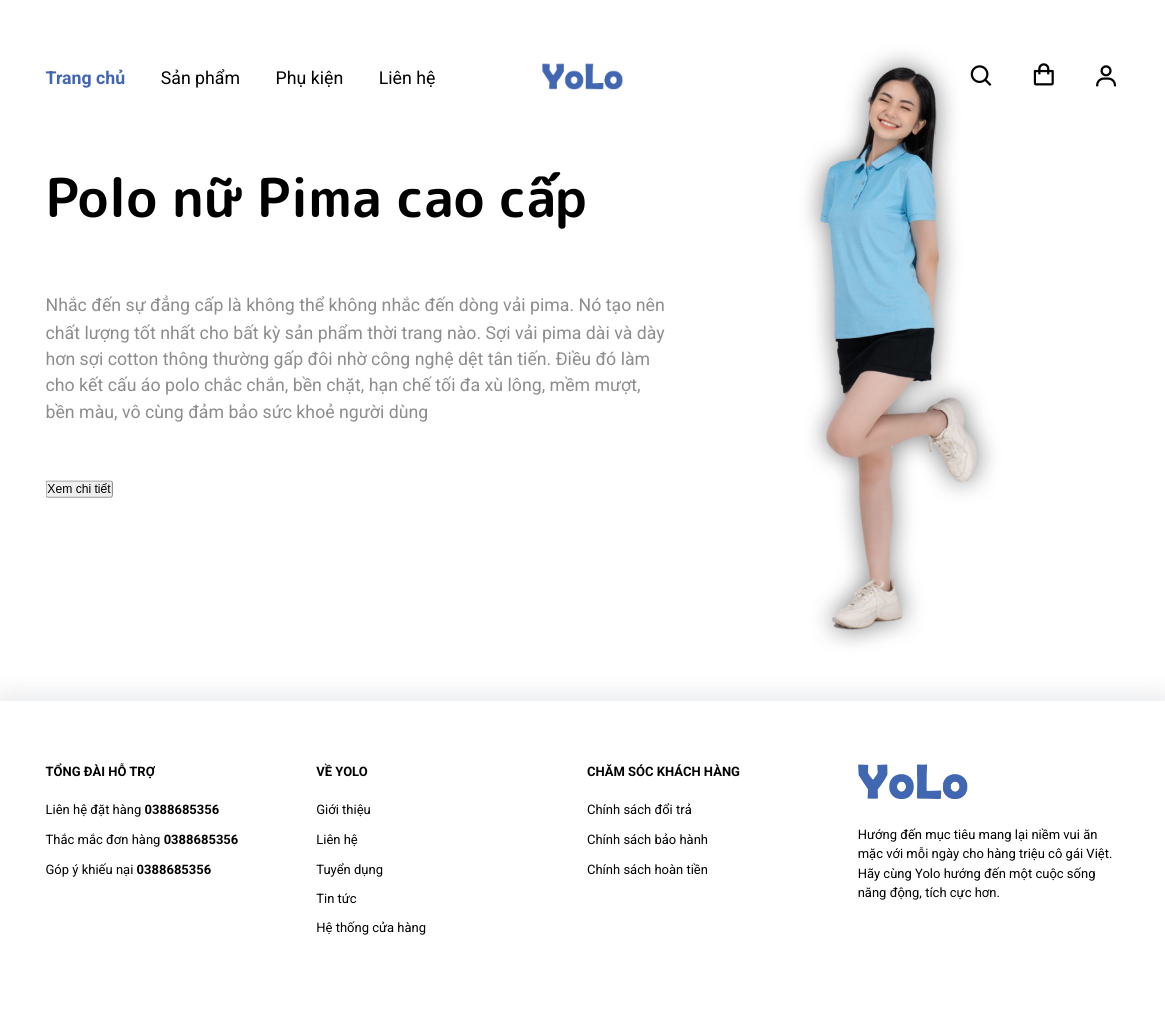
Repository: NguyenThanhBinh1210/Binh-React
Page: / (app in yoloshop/)
The author's editor kept a copy of each file at every save. The page is drawn from the files as they stood at one save, then again after the next save.
The browser window is 1280 px wide. The pictures show the whole page, at 91% of full size.
The project was rebuilt for these pictures with package versions that can differ from the ones it lists, and the page was loaded fresh each time. A package was used in the major version that the imports need, not the one package.json lists. Also part of the build but not shown: yoloshop/src/pages/Product.jsx, yoloshop/src/pages/Catalog.jsx, yoloshop/src/pages/Cart.jsx, yoloshop/src/pages/Accessory.jsx, yoloshop/src/pages/Contact.jsx.

Above is the page before, as saved 2021-11-25 12:21:11.

### yoloshop/src/index.js
import React from 'react'
import ReactDOM from 'react-dom'
import Layout from './components/Layout'
import reportWebVitals from './reportWebVitals'
import './assets/boxicons-2.0.7/css/boxicons.min.css'
import './sass/index.scss'

ReactDOM.render(
	<React.StrictMode>
		<Layout />
	</React.StrictMode>,
	document.getElementById('root')
)

// If you want to start measuring performance in your app, pass a function
// to log results (for example: reportWebVitals(console.log))
// or send to an analytics endpoint. Learn more: https://bit.ly/CRA-vitals
reportWebVitals()

### yoloshop/src/components/Layout.jsx
import React from 'react'
import { BrowserRouter, Route } from 'react-router-dom'
import Header from './Header'
import Footer from './Footer'
import Routess from '../routes/Routess'

export default function Layout() {
	return (
		<BrowserRouter>
			<Route
				render={props => (
					<div>
						<Header {...props} />
						<div className="container">
							<div className="main">
								<Routess />
							</div>
						</div>
						<Footer />
					</div>
				)}
			/>
		</BrowserRouter>
	)
}

### yoloshop/src/sass/index.scss
@import './variables';
@import './mixins';
@import './base.scss';

@import './components/header';
@import './components/footer';
@import './components/hero-slider';

### yoloshop/src/components/Header.jsx
import React, { useEffect, useRef } from 'react'
import logo from '../assets/images/Logo-2.png'
import { Link, useLocation } from 'react-router-dom'

const mainNav = [
	{
		display: 'Trang chủ',
		path: '/'
	},
	{
		display: 'Sản phẩm',
		path: '/catalog'
	},
	{
		display: 'Phụ kiện',
		path: '/accessories'
	},
	{
		display: 'Liên hệ',
		path: '/contact'
	}
]
export default function Header() {
	const { pathname } = useLocation()
	const activeNav = mainNav.findIndex(e => e.path === pathname)
	const headerRef = React.useRef(null)

	useEffect(() => {
		window.addEventListener('scroll', () => {
			if (
				document.body.scrollTop > 80 ||
				document.documentElement.scrollTop > 80
			) {
				headerRef.current.classList.add('shrink')
			} else {
				headerRef.current.classList.remove('shrink')
			}
		})
		return () => {
			window.removeEventListener('scroll')
		}
	}, [])

	const menuLeft = useRef(null)

	const menuToggle = () => menuLeft.current.classList.toggle('active')

	return (
		<div className="header" ref={headerRef}>
			<div className="container">
				<div className="header__logo">
					<Link to="/">
						<img src={logo} alt="logo" />
					</Link>
				</div>
				<div className="header__menu">
					<div className="header__menu__mobile-toggle" onClick={menuToggle}>
						<i class="bx bx-menu-alt-left"></i>
					</div>
					<div className="header__menu__left" ref={menuLeft}>
						<div className="header__menu__left__close" onClick={menuToggle}>
							<i class="bx bx-chevron-left"></i>
						</div>
						{mainNav.map((item, index) => (
							<div
								key={index}
								className={`header__menu__item  header__menu__left__item ${
									index === activeNav ? 'active' : ''
								}`}
								onClick={menuToggle}
							>
								<Link to={item.path}>
									<span>{item.display}</span>
								</Link>
							</div>
						))}
					</div>
					<div className="header__menu__right">
						<div className="header__menu__item header__menu__right__item">
							<i class="bx bx-search"></i>
						</div>
						<div className="header__menu__item header__menu__right__item">
							<Link to="/cart">
								<i class="bx bx-shopping-bag"></i>
							</Link>
						</div>
						<div className="header__menu__item header__menu__right__item">
							<i class="bx bx-user"></i>
						</div>
					</div>
				</div>
			</div>
		</div>
	)
}

### yoloshop/src/components/Footer.jsx
import React from 'react'
import { Link } from 'react-router-dom'
import Grid from './Grid'
import logo from '../assets/images/Logo-2.png'

const footerAboutLinks = [
	{
		display: 'Giới thiệu',
		path: '/about'
	},
	{
		display: 'Liên hệ',
		path: '/contact'
	},
	{
		display: 'Tuyển dụng',
		path: '/about'
	},
	{
		display: 'Tin tức',
		path: '/about'
	},
	{
		display: 'Hệ thống cửa hàng',
		path: '/about'
	}
]

const footerCustomLinks = [
	{
		display: 'Chính sách đổi trả',
		path: '/about'
	},

	{
		display: 'Chính sách bảo hành',
		path: '/about'
	},

	{
		display: 'Chính sách hoàn tiền',
		path: '/about'
	}
]

export default function Footer() {
	return (
		<footer className="footer">
			<div className="container">
				<Grid col={4} mdCol={2} smCol={1} gap={10}>
					<div>
						<div className="footer__title">Tổng đài hỗ trợ</div>
						<div className="footer__content">
							<p>
								Liên hệ đặt hàng <strong> 0388685356</strong>
							</p>
							<p>
								Thắc mắc đơn hàng <strong> 0388685356</strong>
							</p>
							<p>
								Góp ý khiếu nại <strong> 0388685356</strong>
							</p>
						</div>
					</div>
					<div>
						<div className="footer__title">Về Yolo</div>
						<div className="footer__content">
							{footerAboutLinks.map((item, i) => (
								<p key={i} className="">
									<Link to={item.path}>{item.display}</Link>
								</p>
							))}
						</div>
					</div>
					<div>
						<div className="footer__title">Chăm sóc khách hàng</div>
						<div className="footer__content">
							{footerCustomLinks.map((item, i) => (
								<p key={i} className="">
									<Link to={item.path}>{item.display}</Link>
								</p>
							))}
						</div>
					</div>
					<div className="footer__about">
						<p>
							<Link to="/">
								<img src={logo} className="footer__logo" alt="logo" />
							</Link>
						</p>
						<p>
							Hướng đến mục tiêu mang lại niềm vui ăn mặc với mỗi ngày cho hàng
							triệu cô gái Việt. Hãy cùng Yolo hướng đến một cuộc sống năng
							động, tích cực hơn.
						</p>
					</div>
				</Grid>
			</div>
		</footer>
	)
}

### yoloshop/src/routes/Routess.jsx
import React from 'react'
import { Switch, Route } from 'react-router-dom'
import Home from '../pages/Home'
import Product from '../pages/Product'
import Catalog from '../pages/Catalog'
import Cart from '../pages/Cart'
import Accessory from '../pages/Accessory'
import Contact from '../pages/Contact'

const Routess = () => {
	return (
		<Switch>
			<Route path="/" exact component={Home}></Route>
			<Route path="/catalog/:slug" component={Product}></Route>
			<Route path="/catalog" component={Catalog}></Route>
			<Route path="/cart" component={Cart}></Route>
			<Route path="/accessories" component={Accessory}></Route>
			<Route path="/contact" component={Contact}></Route>
		</Switch>
	)
}

export default Routess

### yoloshop/src/sass/_variables.scss
$main-bg: #fff;
$main-color: #4267b2;

$txt-main-color: #000000;
$txt-second-color: #8d8d8d;
$txt-white: #fff;

$btn-main-bg: $main-color;
$btn-main-color: #fff;

$header-height: 170px;
$header-tablet-height: 70px;
$header-mobile-height: 40px;
$header-shrink-height: 70px;

$box-shadow: rgba(149, 157, 165, 0.2) 0px 0px 24px 8px;

$colors: (
	'blue': #4267b2,
	'orange': #fbb96b,
	'pink': #fe7e73,
	'white': #fff,
	'black': #000,
	'main': $main-color
);

$mobile-width: 600px;
$tablet-width: 1024px;

$numbers: (0, 1, 2, 3, 4, 5, 6, 7, 8);

### yoloshop/src/sass/_mixins.scss
@mixin flex($align-item, $justify-content) {
	display: flex;
	align-items: $align-item;
	justify-content: $justify-content;
}

@mixin mobile {
	@media only screen and (max-width: $mobile-width) {
		@content;
	}
}
@mixin tablet {
	@media only screen and (max-width: $tablet-width) {
		@content;
	}
}

### yoloshop/src/sass/_base.scss
@import url('https://fonts.googleapis.com/css2?family=Roboto:ital,wght@0,100;0,300;0,400;0,500;0,700;0,900;1,100;1,300;1,400;1,500;1,700;1,900&display=swap');

@import url('https://fonts.googleapis.com/css2?family=M+PLUS+Rounded+1c:wght@100;300;400;500;700;800;900&display=swap');

* {
	padding: 0;
	margin: 0;
	box-sizing: border-box;
	-webkit-tap-highlight-color: transparent;
	user-select: none;
}

html {
	font-size: 13px;
}

body {
	font-family: 'Roboto', sans-serif;
}

ul {
	list-style-type: none;
}

a {
	text-decoration: none;
	color: unset;
}

@each $color, $val in $colors {
	.color-#{$color} {
		color: $val;
	}

	.bg-#{$color} {
		background-color: $val;
	}
}

@each $val in $numbers {
	.grid-col-#{$val} {
		grid-template-columns: repeat($val, 1fr);
	}
}

@each $val in $numbers {
	.grid-col-md-#{$val} {
		@include tablet {
			grid-template-columns: repeat($val, 1fr);
		}
	}
}

@each $val in $numbers {
	.grid-col-sm-#{$val} {
		@include mobile {
			grid-template-columns: repeat($val, 1fr);
		}
	}
}

.container {
	width: 100%;
	max-width: 1620px;
	padding: 0 50px;
	margin: auto;

	@include tablet {
		padding: 0 20px;
	}

	@include mobile {
		padding: 0 10px;
	}
}

.main {
	margin-top: $header-height;
	margin-bottom: 2rem;
	min-height: 100vh;

	@include tablet {
		margin-top: calc(#{$header-tablet-height} + 20px);
	}
	@include mobile {
		margin-top: calc(#{$header-mobile-height} + 10px);
	}
}

.grid {
	display: grid;
}

### yoloshop/src/sass/components/_header.scss
.header {
	background-color: $main-bg;
	position: fixed;
	top: 0;
	left: 0;
	width: 100%;
	z-index: 99;
	height: $header-height;
	transition: height 0.3s ease;

	@include tablet {
		height: $header-tablet-height;
		box-shadow: $box-shadow;
	}
	@include mobile {
		height: $header-mobile-height;
	}

	.container {
		height: 100%;
	}

	&.shrink {
		height: $header-shrink-height;
		box-shadow: $box-shadow;
		z-index: 10001;
	}

	&__logo {
		@include flex(center, center);
		position: absolute;
		inset: 0;
		pointer-events: none;

		img {
			height: 28px;
		}
	}

	&__menu {
		@include flex(center, space-between);
		height: 100%;
		font-size: 1.5rem;

		&__item ~ &__item {
			margin-left: 39px;
			@include tablet {
				margin-left: 20px;
			}
			@include mobile {
				margin-left: 10px;
			}
		}
		&__item.active {
			font-weight: 600;
			color: $main-color;
		}
		&__item:hover {
			color: $main-color;
		}
		&__left,
		&__right {
			@include flex(center, center);
			height: 100%;
		}

		&__right {
			font-size: 2.25rem;
			&__item {
				@include flex(center, center);
			}
			@include mobile {
				font-size: 1.5rem;
			}
		}

		&__left {
			&__close {
				display: none;
			}

			@include tablet {
				flex-direction: column;
				background-color: $main-bg;
				position: absolute;
				left: 0;
				top: 0;
				width: 100%;
				height: 100vh;
				justify-content: flex-start;
				padding-top: 30px;
				transform: translateX(-100%);
				transition: transform 0.5s ease;

				&.active {
					transform: translateX(0);
				}

				&__item ~ &__item {
					margin-left: unset;
					margin-top: 20px;
				}
				&__close {
					display: block;
					position: absolute;
					left: 20px;
					font-size: 2.5rem;
				}
			}
		}
		&__mobile-toggle {
			display: none;

			@include tablet {
				display: block;
				font-size: 2.5rem;
			}
		}
	}
}

### yoloshop/src/sass/components/_footer.scss
.footer {
	padding: 70px 0;
	box-shadow: $box-shadow;
	font-size: 1.1rem;
	a:hover {
		color: $main-color;
	}
	&__logo {
		height: 38px;
	}
	&__about {
		p {
			margin-bottom: 2rem;
		}
		p:not(:first-child) {
			line-height: 1.5;
		}
	}
	&__title {
		text-transform: uppercase;
		margin-bottom: 2rem;
		font-weight: 600;
	}
	&__content {
		p {
			margin-bottom: 1.25rem;
		}
	}
}

### yoloshop/src/sass/components/_hero-slider.scss
.hero-slider {
	height: 100vh;
	max-height: 1080px;
	overflow: hidden;
	position: relative;
	margin-bottom: 50px;
	margin-top: calc(#{$header-height} * -1);
	@include tablet {
		margin-top: calc(#{$header-tablet-height} * -1);
	}
	@include mobile {
		margin-top: calc(#{$header-mobile-height} * -1);
	}
	&__item {
		@include flex(center, space-between);
		opacity: 0;
		visibility: hidden;
		pointer-events: none;
		position: absolute;
		inset: 0;
		&.active {
			opacity: 1;
			visibility: visible;
			pointer-events: visible;
		}
		&__info {
			width: 58.33%;
			&__title,
			&__description {
				margin-bottom: 60px;

				@include tablet {
					margin-bottom: 15px;
				}
			}
			&__title {
				font-family: 'M Plus Rounded 1c', sans-serif;
				font-weight: 600;
				font-size: 4.5rem;
				line-height: 6.75rem;
				overflow: hidden;
			}
			&__description {
				color: $txt-second-color;
				font-size: 1.5rem;
				line-height: 2.25rem;
				overflow: hidden;
			}
			&__btn {
				overflow: hidden;
			}
		}
		&__image {
			flex-grow: 1;
			position: relative;
			height: 100%;
			z-index: 1000;
			pointer-events: none;
			img {
				height: 100vh;
				position: absolute;
				bottom: 0;
				right: 0;
			}
			.shape {
				$size: 472px;
				height: $size;
				width: $size;
				position: absolute;
				right: 0;
				top: 50%;
				border-radius: 30% 70% 70% 30% / 30% 27% 73% 70%;
				transform: translate(0, -50%);
				transition: border-radius 13s ease;
			}
		}
	}
}

### yoloshop/src/components/Grid.jsx
import React from 'react'
import PropTypes from 'prop-types'

const Grid = props => {
	const style = {
		gap: props.gap ? `${props.gap}px` : '0'
	}
	const col = props.col ? `grid-col-${props.col}` : '0'
	const mdCol = props.mdCol ? `grid-col-${props.mdCol}` : '0'
	const smCol = props.smCol ? `grid-col-${props.smCol}` : '0'
	return (
		<div className={`grid ${col} ${mdCol} ${smCol}`} style={style}>
			{props.children}
		</div>
	)
}

Grid.propTypes = {
	col: PropTypes.number.isRequired,
	mdCol: PropTypes.number,
	smCol: PropTypes.number,
	gap: PropTypes.number
}

export default Grid

### yoloshop/src/pages/Home.jsx
import React from 'react'
import heroSliderData from '../assets/fake-data/hero-slider'
import Helmet from '../components/Helmet'
import HeroSlider from '../components/HeroSlider'

const Home = () => {
	return (
		<Helmet title="Trang chủ">
			{/* Hero slider */}
			<HeroSlider data={heroSliderData} />
		</Helmet>
	)
}

export default Home

### yoloshop/src/assets/fake-data/hero-slider.js
const img1 = require('../images/slider/slide_1.png').default
const img2 = require('../images/slider/slide_2.png').default
const img3 = require('../images/slider/slide_3.png').default

const heroSliderData = [
	{
		title: 'Polo nữ Pima cao cấp',
		description:
			'Nhắc đến sự đẳng cấp là không thể không nhắc đến dòng vải pima. Nó tạo nên chất lượng tốt nhất cho bất kỳ sản phẩm thời trang nào. Sợi vải pima dài và dày hơn sợi cotton thông thường gấp đôi nhờ công nghệ dệt tân tiến. Điều đó làm cho kết cấu áo polo chắc chắn, bền chặt, hạn chế tối đa xù lông, mềm mượt, bền màu, vô cùng đảm bảo sức khoẻ người dùng',
		img: img1,
		color: 'blue',
		path: '/catalog/ao-thun-dinosaur-01'
	},
	{
		title: 'Polo Nữ Dáng Suông Modal',
		description:
			'Polo nữ dáng suông Modal sử dụng công nghệ vải cao cấp thân thiện với môi trường sản xuất độc quyền chống co rút vải, áo polo nữ vải modal là sản phẩm thích hợp cho các bạn có môi trường làm việc năng động như hiện nay',
		img: img2,
		path: '/catalog/ao-thun-dinosaur-02',
		color: 'pink'
	},
	{
		title: 'Polo Nữ Coolmax Lacoste',
		description:
			'Mẫu áo polo nữ được làm bằng chất liệu coolmax đem lại cảm giác mát lạnh khi mặc. Thiết kế mẫu áo polo coolmax này có kiểu dáng cực kỳ thoải mái. Tạo sự gọn gàng hứa hẹn sẽ là mẫu áo polo vô cùng hot trong thời điểm sắp tới',
		img: img3,
		path: '/catalog/ao-thun-dinosaur-03',
		color: 'orange'
	}
]

export default heroSliderData

### yoloshop/src/components/Helmet.jsx
import React from 'react'
import PropTypes from 'prop-types'

const Helmet = props => {
	document.title = 'Yolo - ' + props.title

	return <div>{props.children}</div>
}

Helmet.propTypes = {
	title: PropTypes.string.isRequired
}

export default Helmet

### yoloshop/src/components/HeroSlider.jsx
import React from 'react'
import PropTypes from 'prop-types'
import { Link } from 'react-router-dom'

const HeroSlider = props => {
	const data = props.data
	const activeSlider = 0
	return (
		<div className="hero-slider">
			{data.map((item, index) => (
				<HeroSliderItem
					key={index}
					item={item}
					active={index === activeSlider}
				/>
			))}
		</div>
	)
}

HeroSlider.propTypes = {
	data: PropTypes.array.isRequired
}

const HeroSliderItem = props => (
	<div className={`hero-slider__item ${props.active ? 'active' : ''}`}>
		<div className="hero-slider__item__info">
			<div className="hero-slider__item__info__title">
				<span> {props.item.title}</span>
			</div>
			<div className="hero-slider__item__info__description">
				<span> {props.item.description}</span>
			</div>
			<div className="hero-slider__item__info__btn">
				<Link to={props.item.path}>
					<button>Xem chi tiết</button>
				</Link>
			</div>
		</div>
		<div className="hero-slider__item__image">
			<div className="shape"></div>
			<img src={props.item.img} alt={props.item.title} />
		</div>
	</div>
)

export default HeroSlider

Loaded but not shown: yoloshop/public/index.html (common file); yoloshop/src/reportWebVitals.js (common file); yoloshop/src/assets/boxicons-2.0.7/css/boxicons.min.css (library)

After the next save:
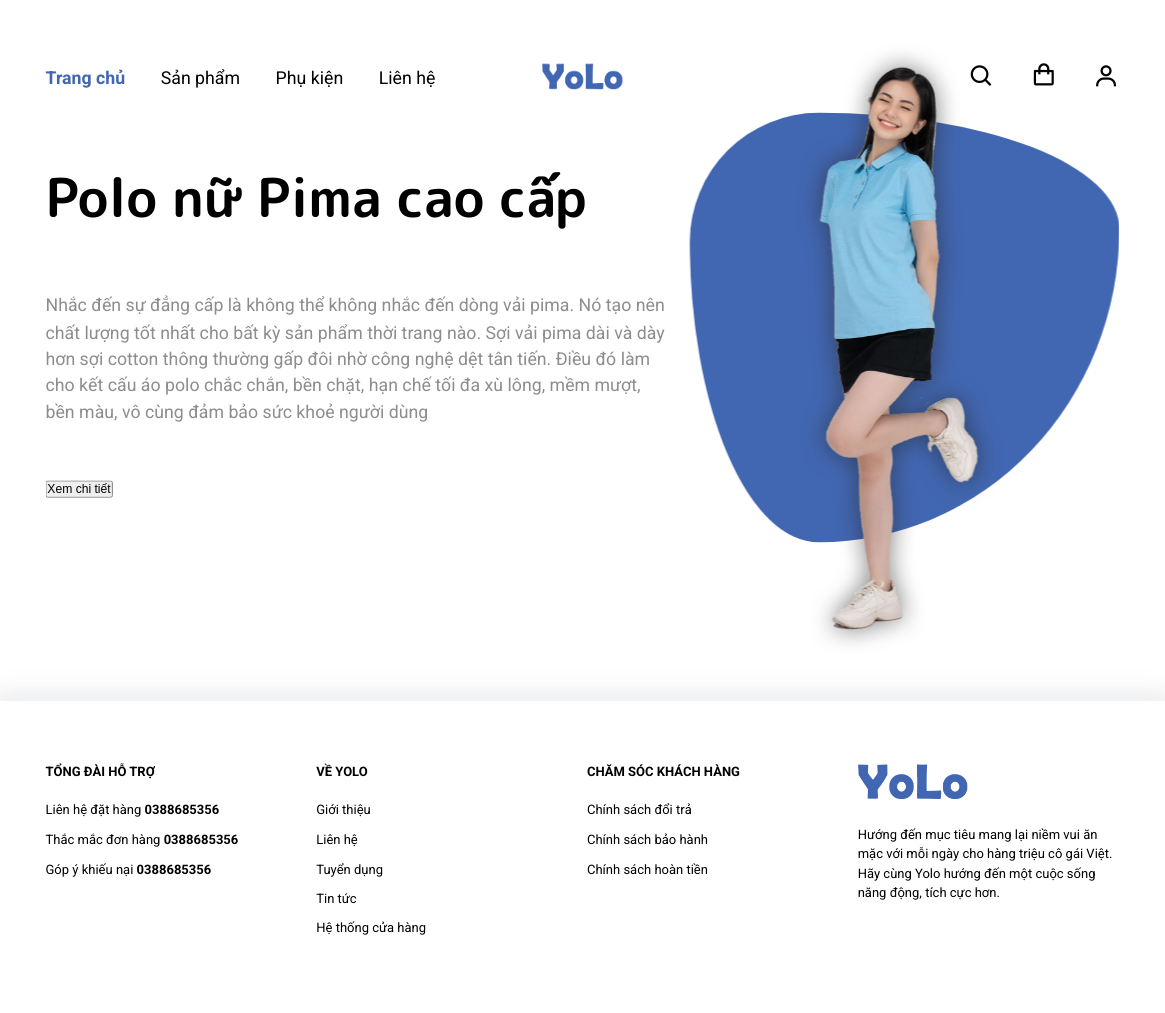
Saved 36 s later.
--- a/yoloshop/src/components/HeroSlider.jsx
+++ b/yoloshop/src/components/HeroSlider.jsx
@@ -38,7 +38,7 @@ const HeroSliderItem = props => (
 			</div>
 		</div>
 		<div className="hero-slider__item__image">
-			<div className="shape"></div>
+			<div className={`shape bg-${props.item.color}`}></div>
 			<img src={props.item.img} alt={props.item.title} />
 		</div>
 	</div>
